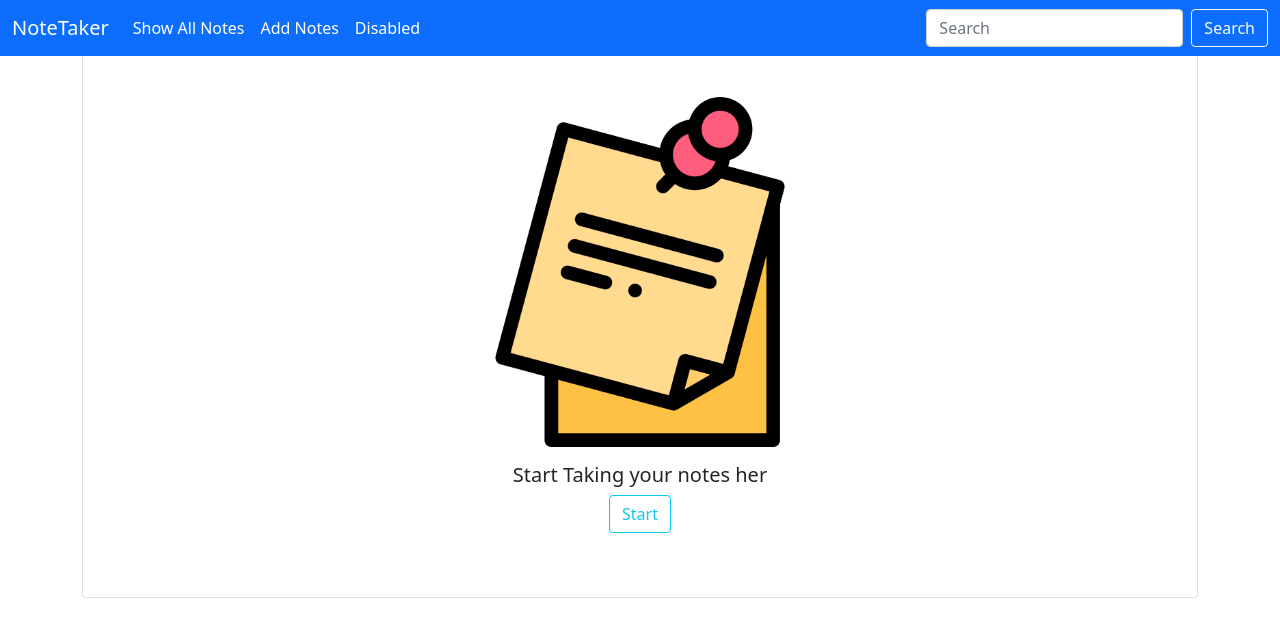
Repository: Shubham-Kumar-cmd/Hibernate
Page: http://localhost/NoteTakerApp/
The author's editor kept a copy of each file at every save. The page is drawn from the files as they stood at one save, then again after the next save.
The browser window is 1280 px wide. The pictures show the whole page.
The page is served by Tomcat 9.

Above is the page before, as saved 2023-02-08 08:45:30.

After the next save:
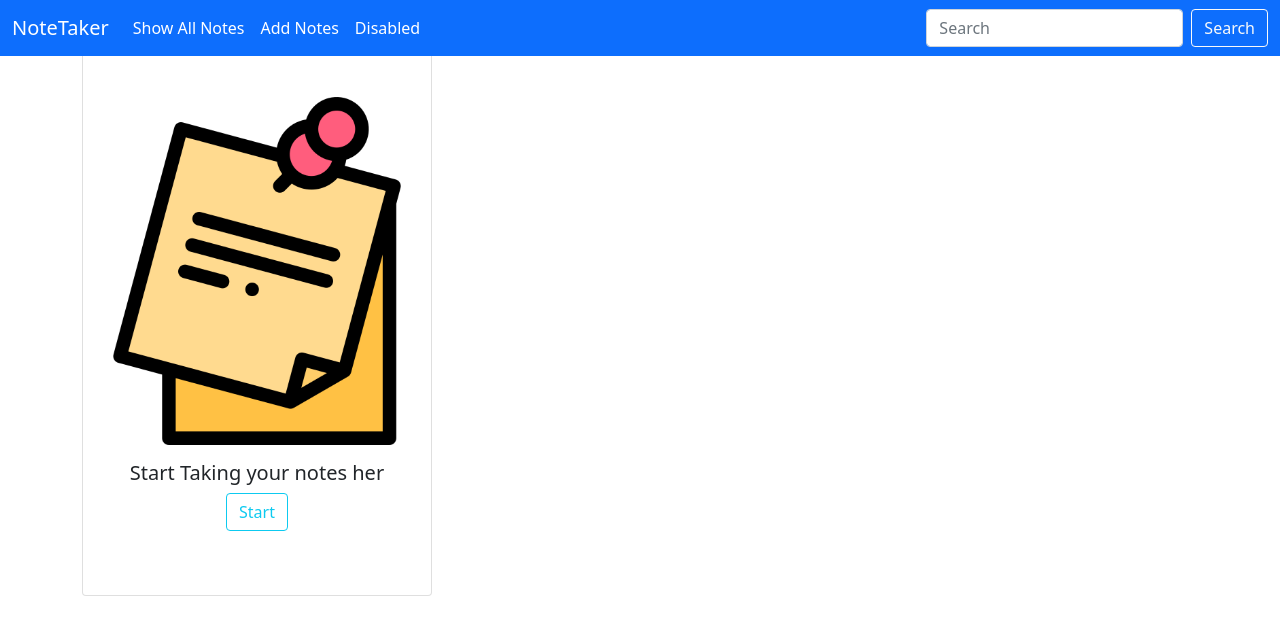
Saved 29 s later.
--- a/NoteTakerApp/src/main/webapp/index.jsp
+++ b/NoteTakerApp/src/main/webapp/index.jsp
@@ -15,8 +15,8 @@
 <body>
 
 	<div class="container text-center">
-		<div class="card my-5 py-5">
-		  <img src="img/sticky-notes.png" style="max-width: 350px;" class="img-fluid mx-auto" alt="...">
+		<div class="card my-5 py-5" style="max-width: 350px;">
+		  <img src="img/sticky-notes.png"  class="img-fluid mx-auto" alt="...">
 		  <div class="card-body">
 		    <h5 class="card-title">Start Taking your notes her</h5>
 		    <a href="addNotes.jsp" class="btn btn-outline-info">Start</a>

After the save that followed:
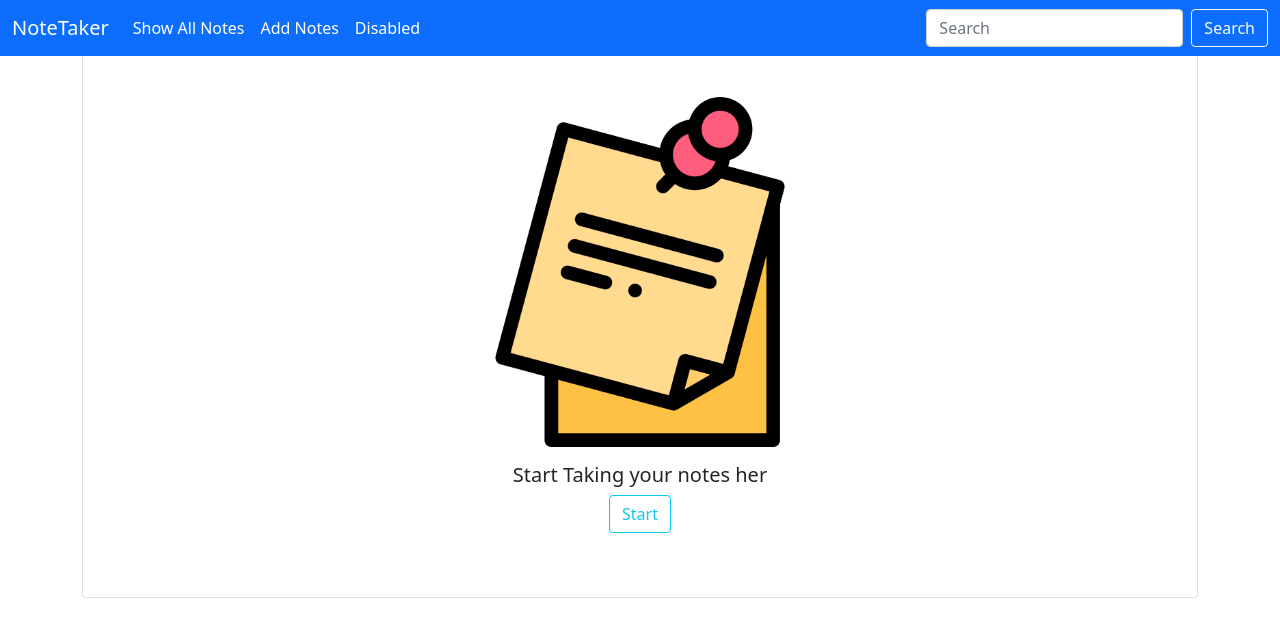
Saved 11 s later.
--- a/NoteTakerApp/src/main/webapp/index.jsp
+++ b/NoteTakerApp/src/main/webapp/index.jsp
@@ -15,8 +15,8 @@
 <body>
 
 	<div class="container text-center">
-		<div class="card my-5 py-5" style="max-width: 350px;">
-		  <img src="img/sticky-notes.png"  class="img-fluid mx-auto" alt="...">
+		<div class="card my-5 py-5">
+		  <img src="img/sticky-notes.png" style="max-width: 350px;" class="img-fluid mx-auto" alt="...">
 		  <div class="card-body">
 		    <h5 class="card-title">Start Taking your notes her</h5>
 		    <a href="addNotes.jsp" class="btn btn-outline-info">Start</a>
